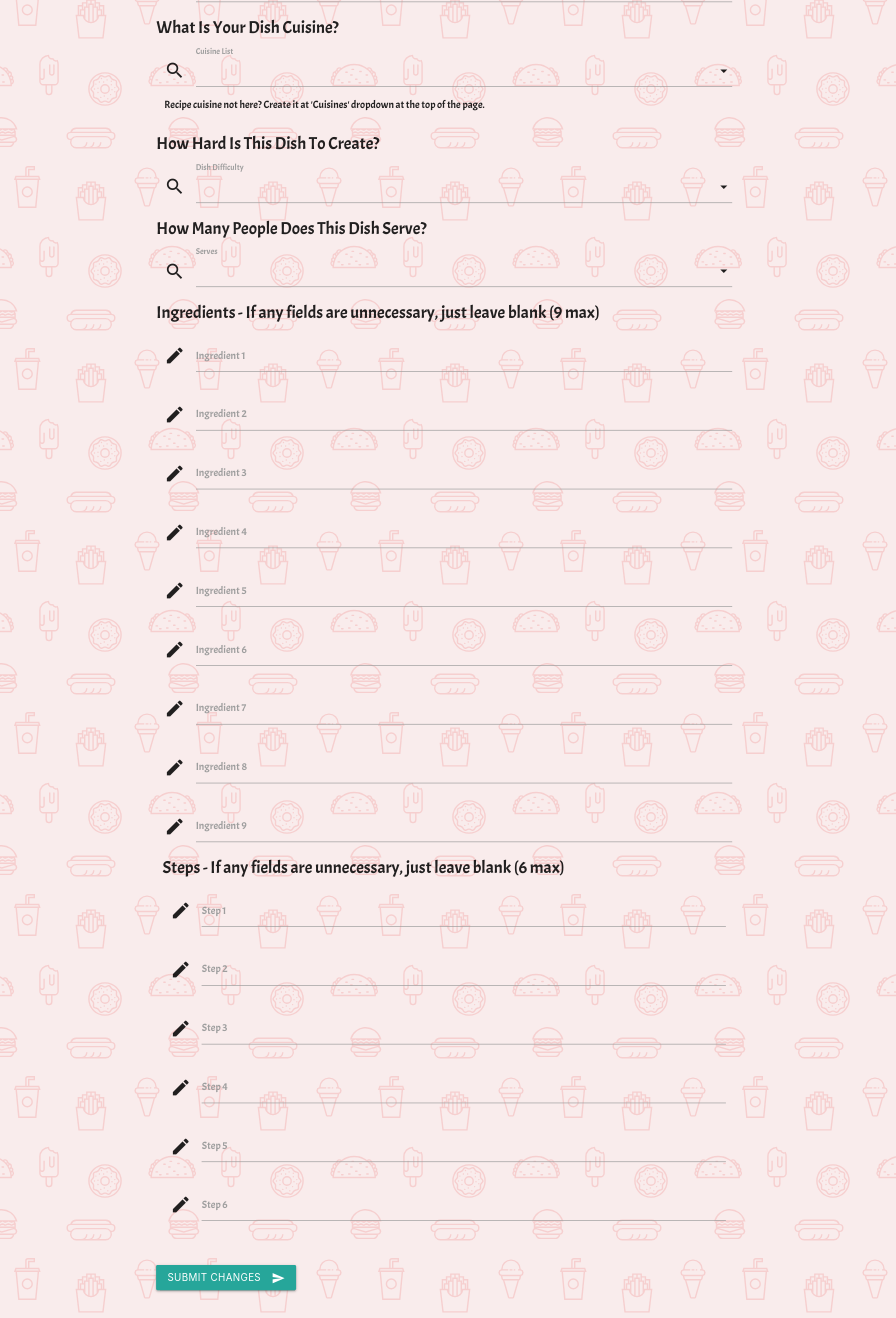
Repository: connor-blackburn/gutsy
Page: templates/edit_recipe.html
The author's editor kept a record of every edit. The page is drawn from the files as they stood at one moment, then again after the next edit.
The browser window is 1280 px wide. The pictures show the part of the page from y = 873 to 2793 px (the page is 2756 px tall before and 2793 px after), at 70% of full size.
The page is served by the project's application, run on Flask 3 (app.py). The template is opened directly, without the code that normally fills it, so the values that code supplies are empty.

Above is the page before.

After the next edit:
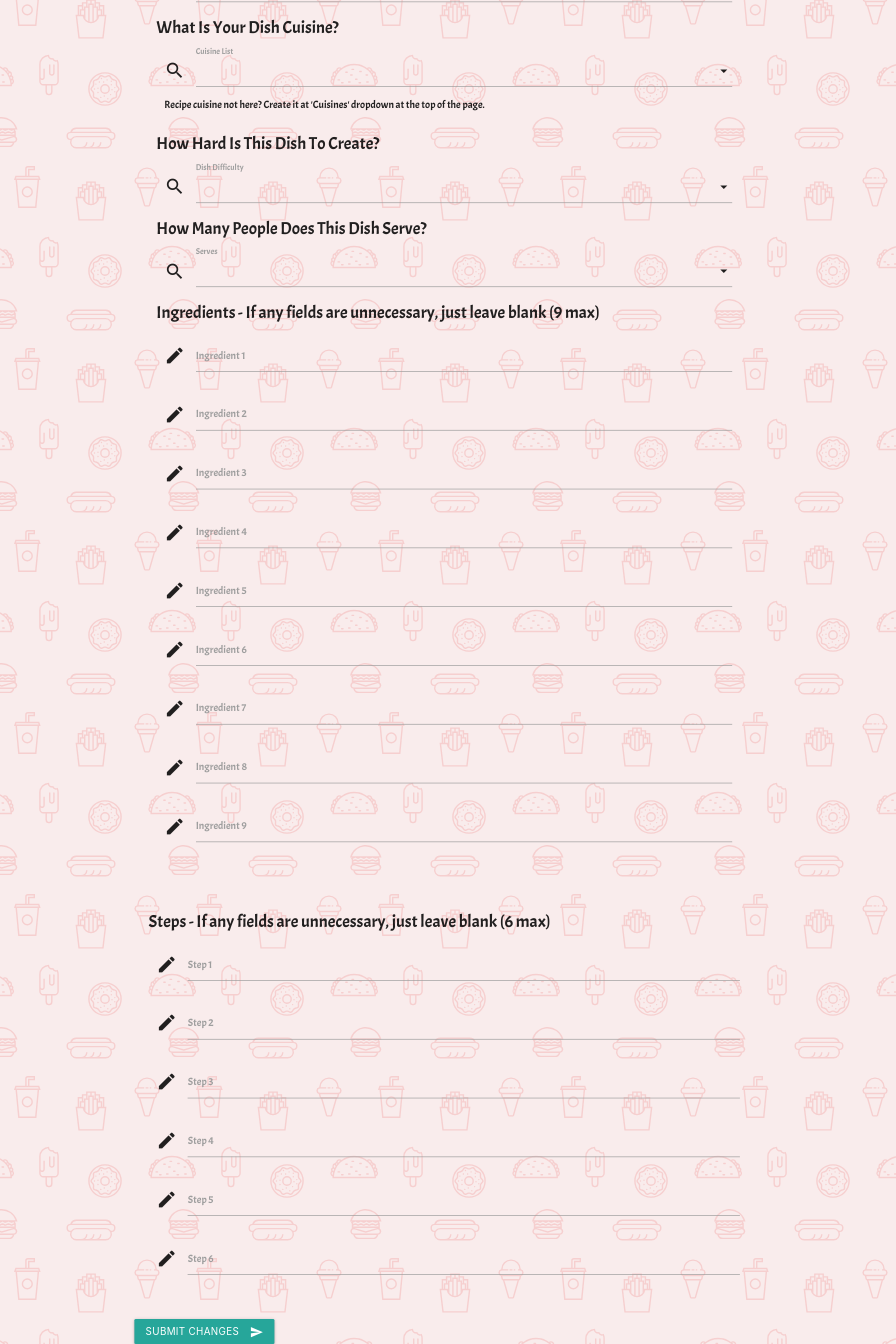
The edit:
--- a/templates/edit_recipe.html
+++ b/templates/edit_recipe.html
@@ -71,7 +71,6 @@
             </div>
 
             <!-- A series Of Input Fields Of Ingredients With Dynamically Loaded Content To Be Edited -->
-            <div>
                 <h5>Ingredients - If any fields are unnecessary, just leave blank (9 max)</h5>
                 <div class="input-field col s12">
                     <i class="material-icons prefix">create</i>
